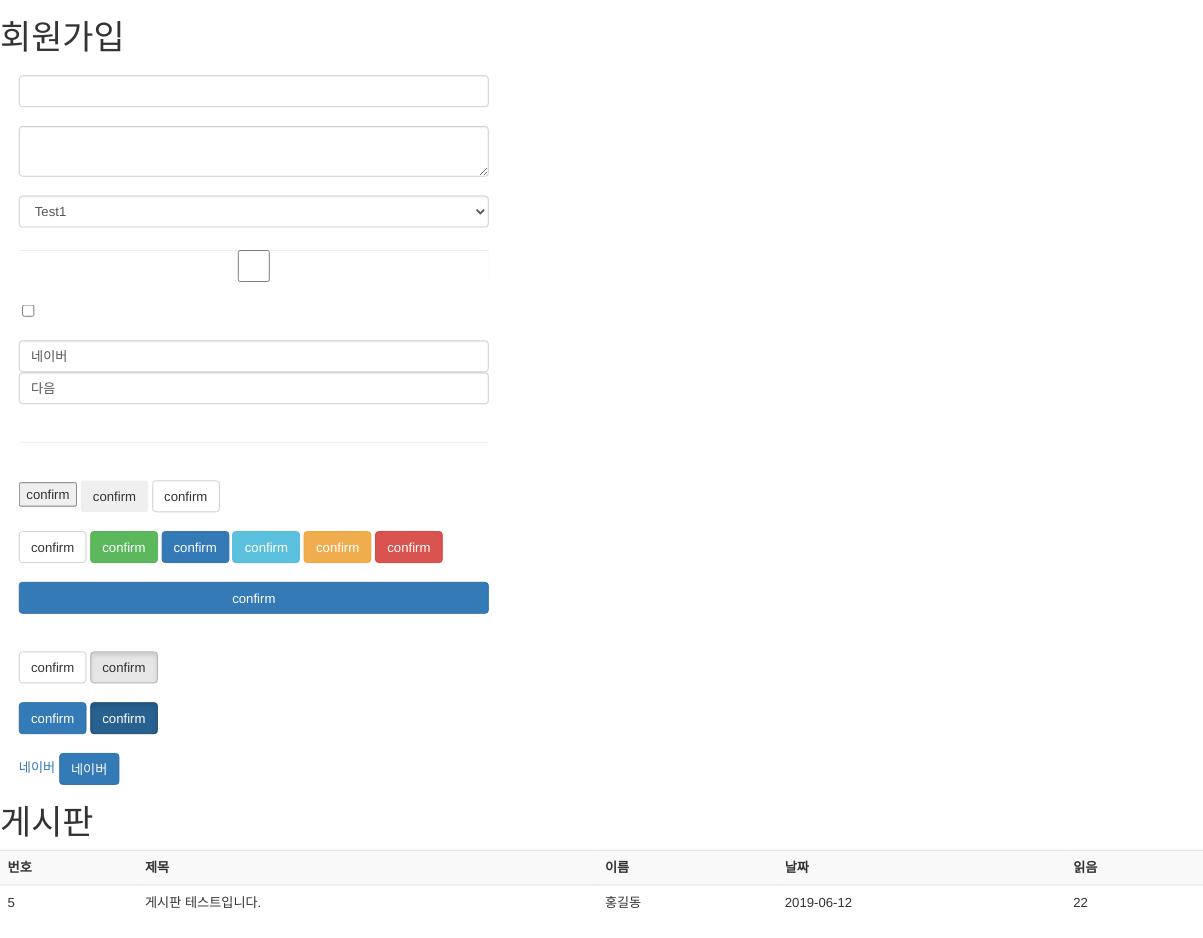
Repository: yhj4130/BootstrapStudy
Page: BootstrapWork/WebContent/BootEx03.html
The author's editor kept a copy of each file at every save. The page is drawn from the files as they stood at one save, then again after the next save.
The browser window is 1280 px wide. The pictures show the whole page, at 94% of full size.

Above is the page before, as saved 2019-06-12 02:29:44.

After the next save:
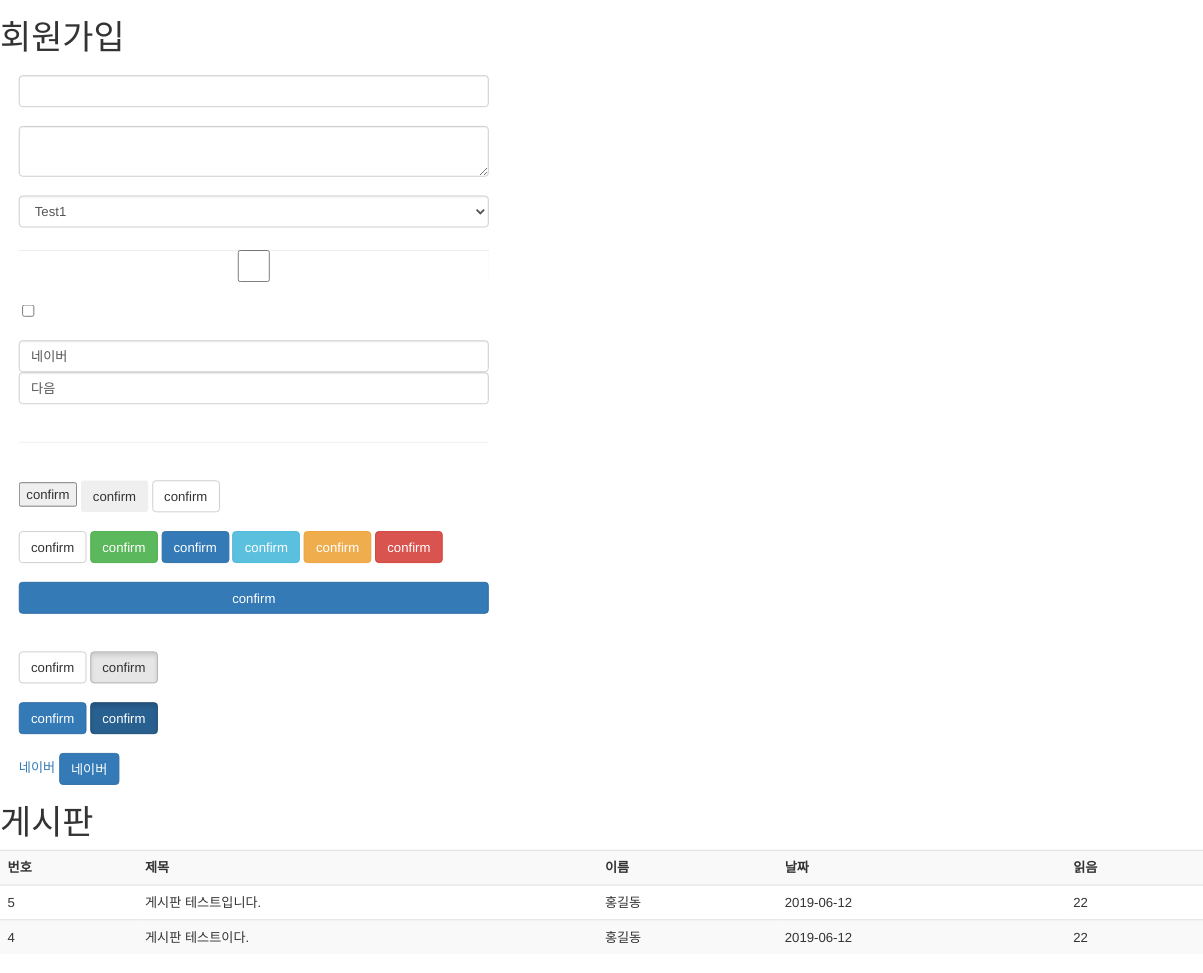
Saved 23 s later.
--- a/BootstrapWork/WebContent/BootEx03.html
+++ b/BootstrapWork/WebContent/BootEx03.html
@@ -90,6 +90,13 @@
 			<td>2019-06-12</td>
 			<td>22</td>
 		</tr>
+		<tr>
+			<td>4</td>
+			<td>게시판 테스트이다.</td>
+			<td>홍길동</td>
+			<td>2019-06-12</td>
+			<td>22</td>
+		</tr>
 	</table>
 
 </div>
